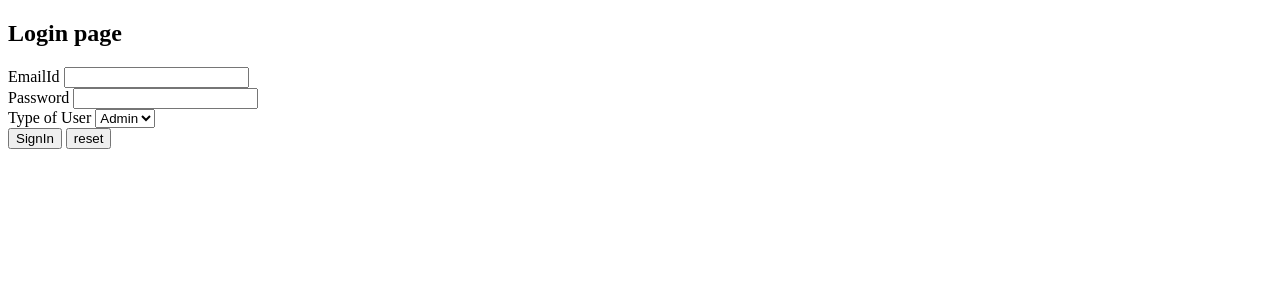
Repository: Prieena/cgi_java_training
Page: http://localhost/LoginApp_Assignment2/login.jsp
An editor plug-in stored every save of this project. The page is shown before and after the next save, followed by the edit.
The browser window is 1280 px wide. The pictures show the whole page.
The page is served by Tomcat 9. Other server files are loaded and not shown.

Above is the page before, as saved 2024-09-27 10:51:19.

### spring-mvc/LoginApp_Assignment2/src/main/webapp/login.jsp
<%@ page language="java" contentType="text/html; charset=UTF-8"
    pageEncoding="UTF-8"%>
<!DOCTYPE html>
<html>
<head>
<meta charset="UTF-8">
<title>Insert title here</title>
</head>
<body>
	<h2>Login page</h2>
	<form action="checkuserwithpost" method="post">
	<label>EmailId</label>
	<input type="email" name="emailid"/><br/>
	<label>Password</label>
	<input type="password" name="password"/><br/>
	<label>Type of User</label>
	<select name="user">
		<option value="admin">Admin</option>
		<option value="user">User</option>
	</select><br/>
	<input type="submit" value="SignIn"/>
	<input type="reset" value="reset"/>
	</form>
</body>
</html>

After the next save:
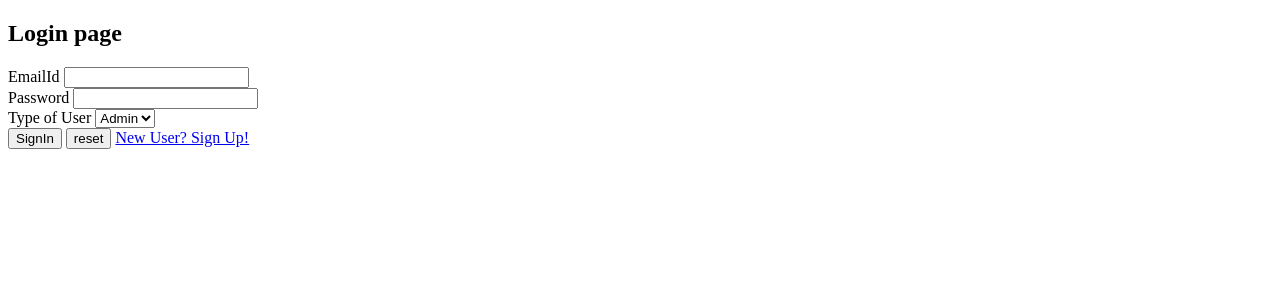
Saved 54 s later.
--- a/spring-mvc/LoginApp_Assignment2/src/main/webapp/login.jsp
+++ b/spring-mvc/LoginApp_Assignment2/src/main/webapp/login.jsp
@@ -20,6 +20,7 @@
 	</select><br/>
 	<input type="submit" value="SignIn"/>
 	<input type="reset" value="reset"/>
+	<a href="signup">New User? Sign Up!</a>
 	</form>
 </body>
 </html>
